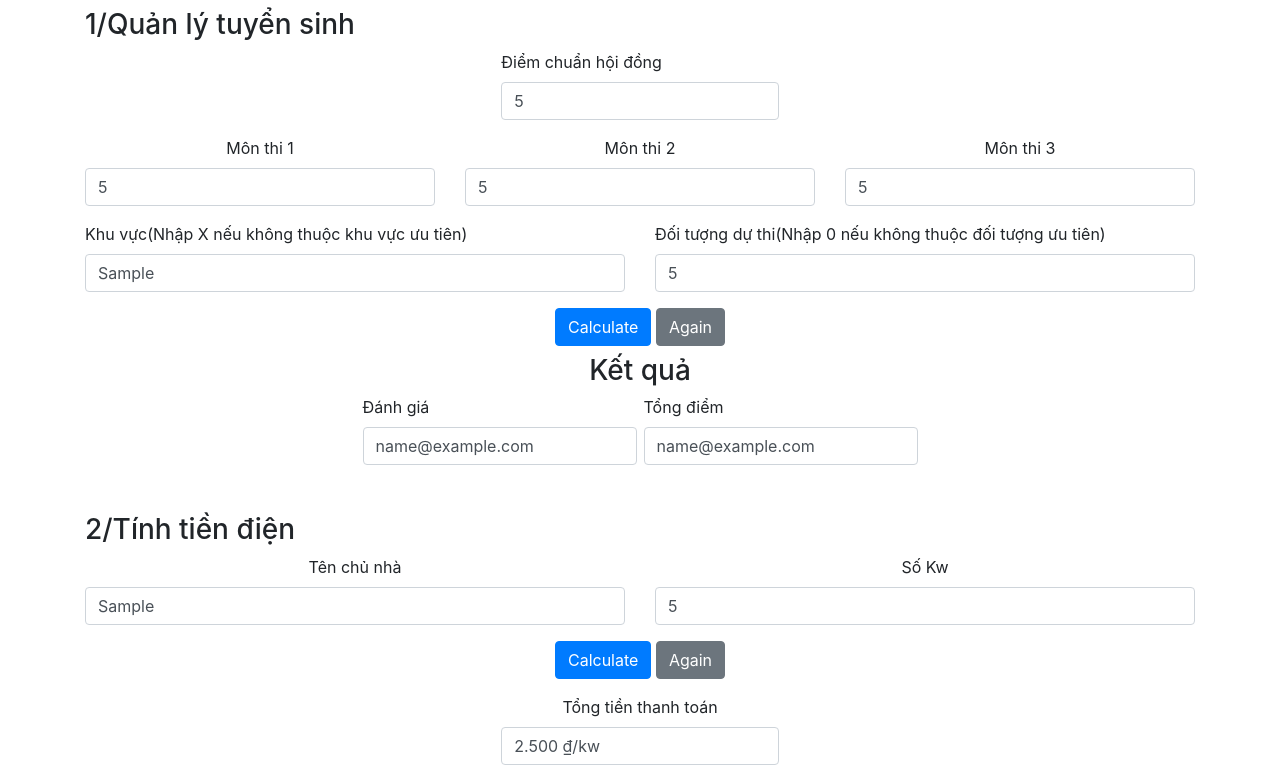
Repository: baobaodeveloper/bootcamp21__jsbasic4_HuynhAnhBao
Page: index.html
These files come from the project's save history. The page is drawn as it stood at one moment and after the next save; the edit follows.
The browser window is 1280 px wide. The pictures show the whole page.
Empty fields were first filled with sample values (such as "Sample", 5 or name@example.com).
After loading, the first visible `#electricBill` was clicked once.

Above is the page before, as saved 2022-03-13 20:17:54.

After the next save:
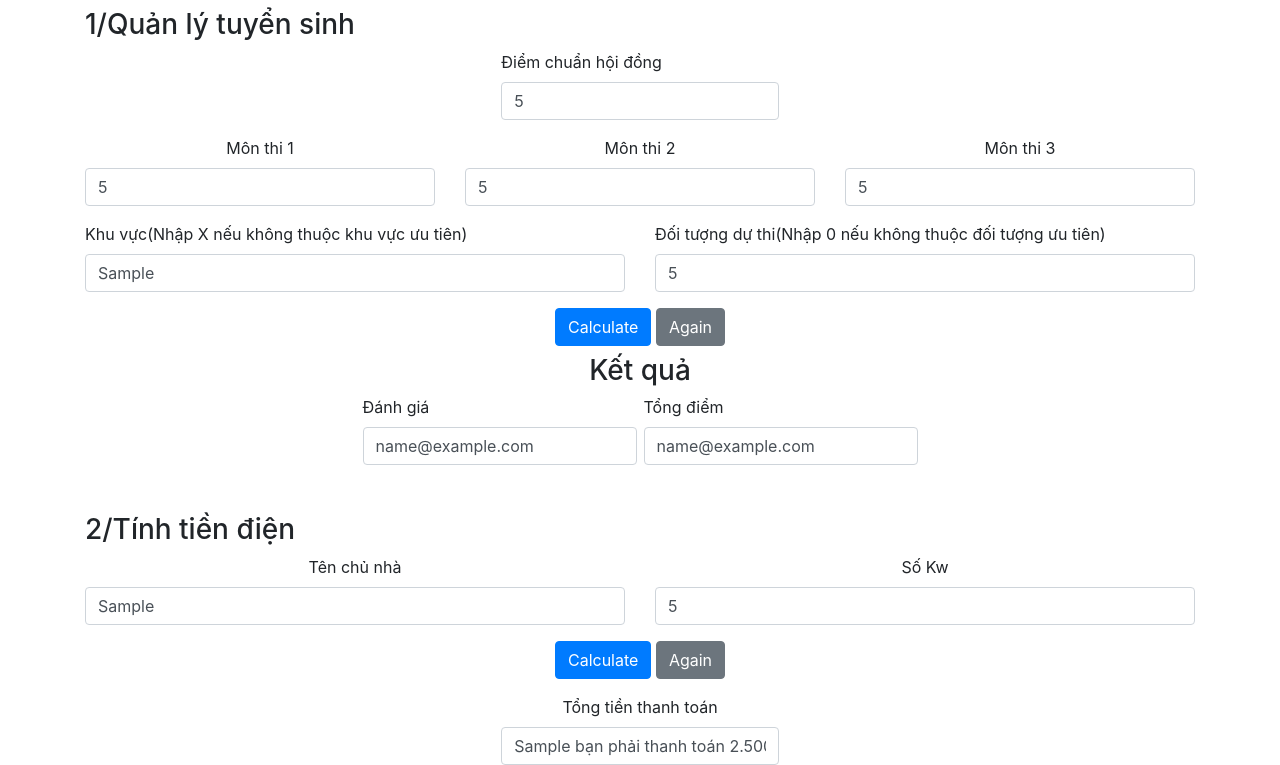
Saved 8 min 0 s later.
--- a/exercise2.js
+++ b/exercise2.js
@@ -10,10 +10,13 @@ calculateElectricBill.addEventListener("click", () => {
   const numberKwValue = +numberKw.value;
   const totalMoneyPay = calculatekw(numberKwValue);
   console.log(totalMoneyPay);
-  totalPay.value = `${Intl.NumberFormat("vi-VN", {
-    style: "currency",
-    currency: "VND",
-  }).format(totalMoneyPay)}/kw`;
+  totalPay.value = `${host.value} bạn phải thanh toán ${Intl.NumberFormat(
+    "vi-VN",
+    {
+      style: "currency",
+      currency: "VND",
+    }
+  ).format(totalMoneyPay)}/kw`;
 });
 
 const calculatekw = (numKw) => {
